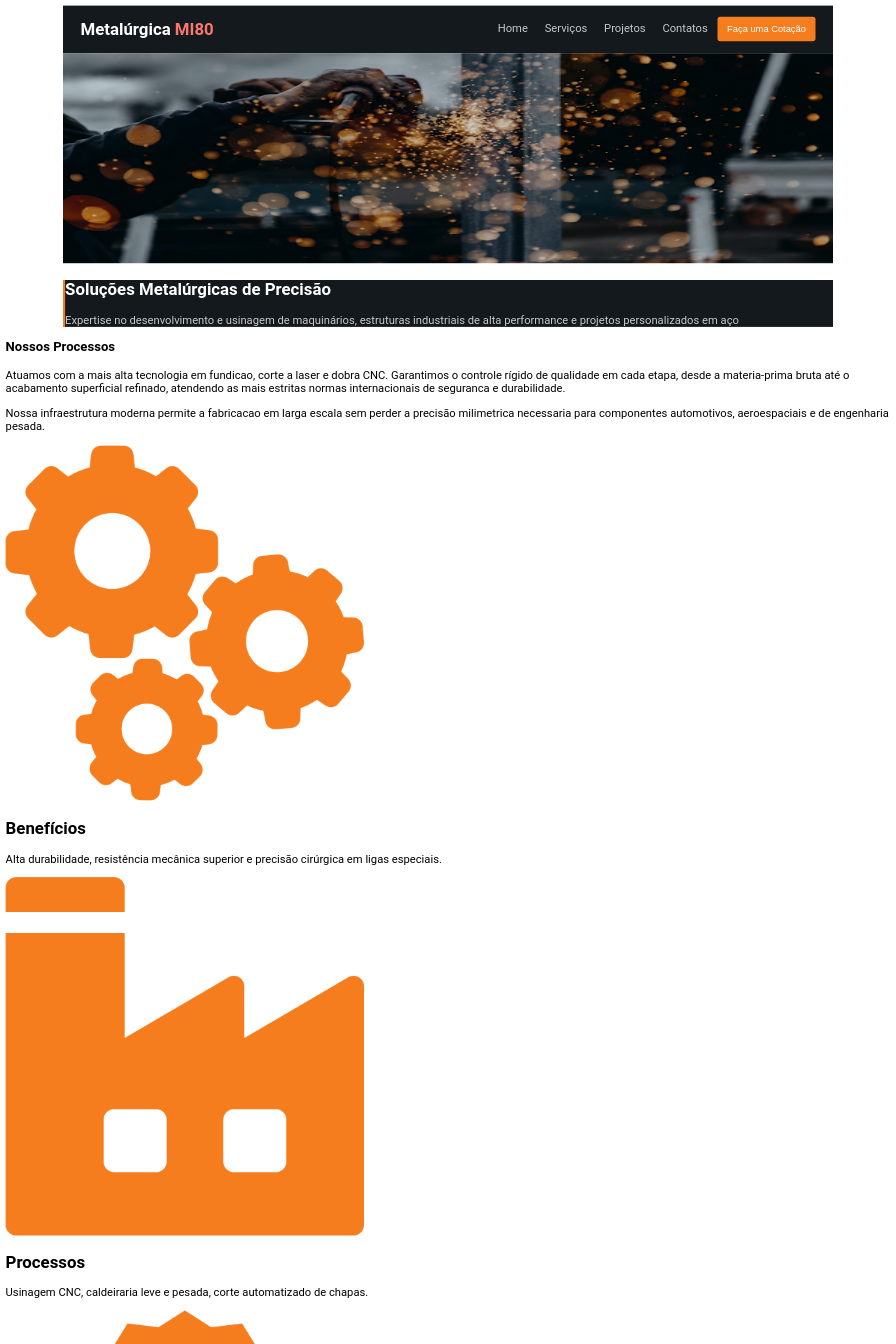
Repository: guiCherpinski/landing-page-metalurgica
Page: index.html
An editor plug-in stored every save of this project. The page is shown before and after a run of saves, followed by the edit.
The browser window is 1280 px wide. The pictures show the part of the page from y = 0 to 1920 px (the page is 5841 px tall), at 70% of full size.

Above is the page before, as saved 2026-06-03 19:58:41.

### index.html
<!DOCTYPE html>
<html lang="pt-br">
<head>
    <meta charset="UTF-8">
    <meta name="viewport" content="width=device-width, initial-scale=1.0">
    <title>Metalúrgica</title>
    <link rel="stylesheet" href="style.css">
</head>
<body>
    <header>
        <nav>
            <h1>Metalúrgica <span>MI80</span></h1>

            <div class = "buttons">
                <a href="/">Home</a>
                <a href="/">Serviços</a>
                <a href="/">Projetos</a>
                <a href="/">Contatos</a>
                <button>Faça uma Cotação</button>
            </div>
        </nav>
    </header>

    <main>
        <section class = "hero-section">
            <img src="./img/homem-serrando.png" alt="Foto de um Soldador">
            <div class = "text-hero">
                <h2>Soluções Metalúrgicas de Precisão</h2>
                <p>Expertise no desenvolvimento e usinagem de maquinários, estruturas industriais de alta performance e projetos personalizados em aço</p>
            </div>
        </section>
    </main>

    <section class = "our-process">

        <h3>Nossos Processos</h3>

        <p>Atuamos com a mais alta tecnologia em fundicao, corte a laser e dobra CNC. Garantimos o
            controle rígido de qualidade em cada etapa, desde a materia-prima bruta até o acabamento
            superficial refinado, atendendo as mais estritas normas internacionais de seguranca e
            durabilidade.
        </p>

        <p>Nossa infraestrutura moderna permite a fabricacao em larga escala sem perder a precisão
            milimetrica necessaria para componentes automotivos, aeroespaciais e de engenharia
            pesada.
        </p>


        <article class = "article-benefits">
            <img src="./img/settings-gears.png" alt="Icone de engrenagens">
            <h2>Benefícios</h2>
            <p>Alta durabilidade, resistência mecânica superior e precisão cirúrgica em ligas especiais.</p>
        </article>

        <article class = "article-process">
            <img src="./img/industry.png" alt="Icone de industria">
            <h2>Processos</h2>
            <p>Usinagem CNC, caldeiraria leve e pesada, corte automatizado de chapas.</p>
        </article>

        <article class = "article-certificates">
            <img src="./img/medal.png" alt="Icone de medalha">
            <h2>Certificações</h2>
            <p>Processos totalmente homologados e auditados sob os padrões da ISO 9001.</p>
        </article>
    </section>

    <section class = "last-projects">
        <h2>Ultimos Projetos</h2>
        <p>✔ Estruturas para Linhas de Montagem </p>
        <p>✔ Peças Sob Medida para Hidrelétricas</p>
        <p>✔ Tubulações de Alta Pressão em Inox</p>
    </section>

    <section class = "certificates">
        <h2>Certificações</h2>
        <p>ISO 9001</p>
        <p>ISO 14001</p>
        <p>OHSAS</p>
        <p>CQI-9</p>
    </section>


    <footer class = "rodape">
        <section>
            <h2>Contact Info</h2>

            <article>
                <img src="./img/placeholder.png" alt="Icone pin">
                <p>Setor Industrial, Galpão 04</p>
            </article>

            <article>
                <img src="./img/phone-call.png" alt="Icone de telefone">
                <p>(31) 6553-3352</p>
            </article>

            <article>
                <img src="./img/email.png" alt="Icone email">
                <p>contato@metalurgica-exemplo.com</p>
            </article>
        </section>

        <section>
            <h2>Quick Links</h2>
            <p>Política de Privacidade</p>
            <p>Trabalhe Conosco</p>
            <p>Portal do Cliente</p>
        </section>

        <section>
            <h2>Social Media</h2>
            <img src="./img/linkedin.png" alt="Icone linkedin">
            <img src="./img/instagram.png" alt="Icone instagram">
            <img src="./img/facebook.png" alt="Icone facebook">
            <img src="./img/youtube.png" alt="Icone youtube">
        </section>
    </footer>


</body>
</html>

### style.css
body{
    font-family: 'Roboto' , sans-serif;
    justify-items: center;
}

header{
    background: #14191E;
    width: 1100px;
}

header h1{
    color: white;
}

header h1 span {
    color: #FA776E;
}

header nav {
    display: flex;
    align-items: center;
    justify-content: space-between;
    margin-left: 25px;
    margin-right: 25px;
}

header nav a {
    margin-left: 10px;
    margin-right: 10px;
    text-decoration: none;
    color: #C8C8C8;
}


header button {
    width:140px;
    height: 35px;
    background: #F57D1E;
    border: none;
    border-radius: 4px;
    color: white;
}

header button:hover{
    cursor: pointer;
    background:#CC5500;
}

.hero-section img{
    width: 1100px;
    height: 300px;
}

.text-hero{
    background: #14191E;
    border-left: 3px solid #F57D1E;
}

.text-hero h2{
    color: white;
}

.text-hero p{
    color: #c8c8c8;
}

After the next 2 saves:
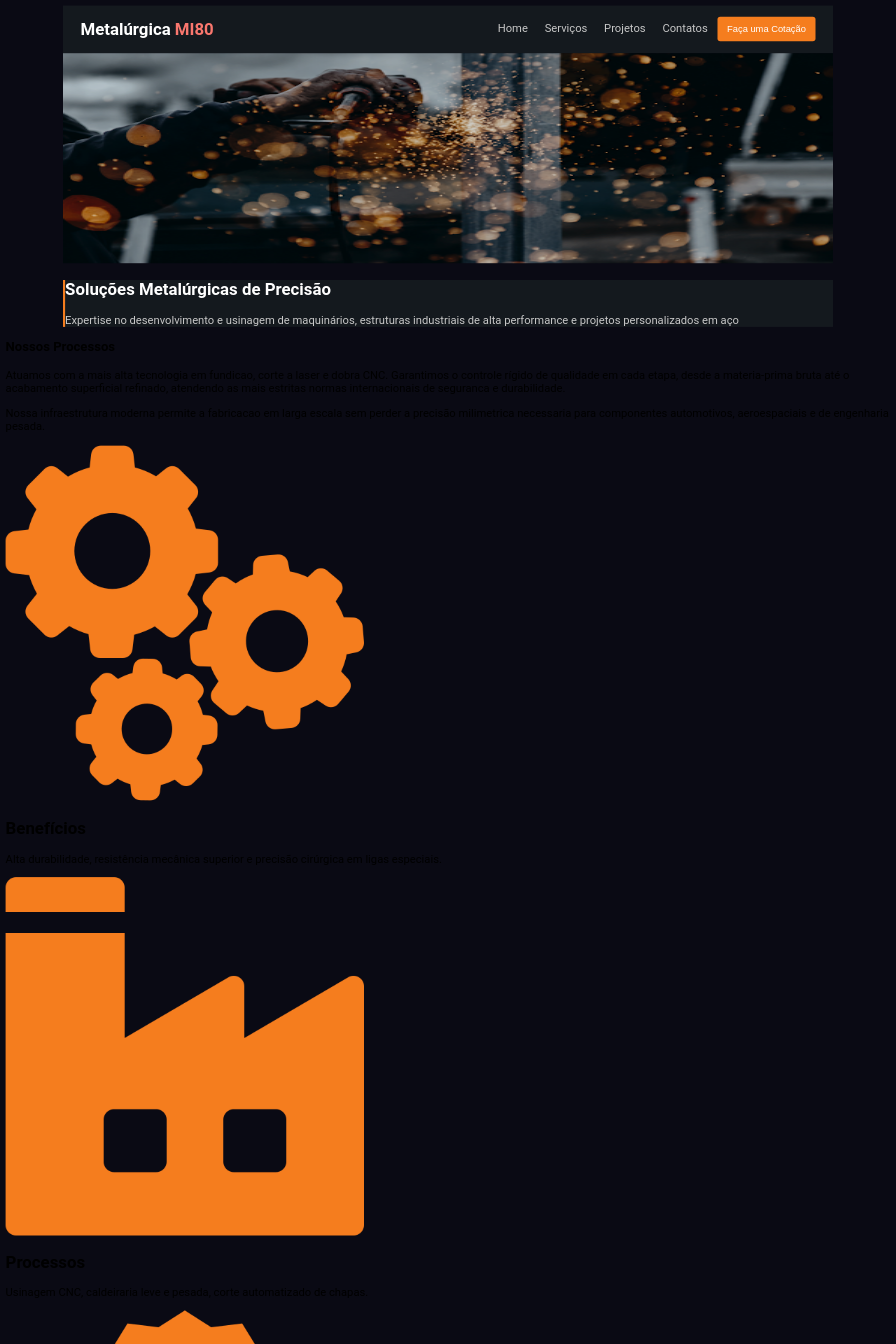
The 2 saves are shown as one change because they came seconds apart.
The last was saved 98 s later.
--- a/style.css
+++ b/style.css
@@ -1,6 +1,7 @@
 body{
     font-family: 'Roboto' , sans-serif;
     justify-items: center;
+    background: #0A0A14;
 }
 
 header{

After the 2 saves that followed:
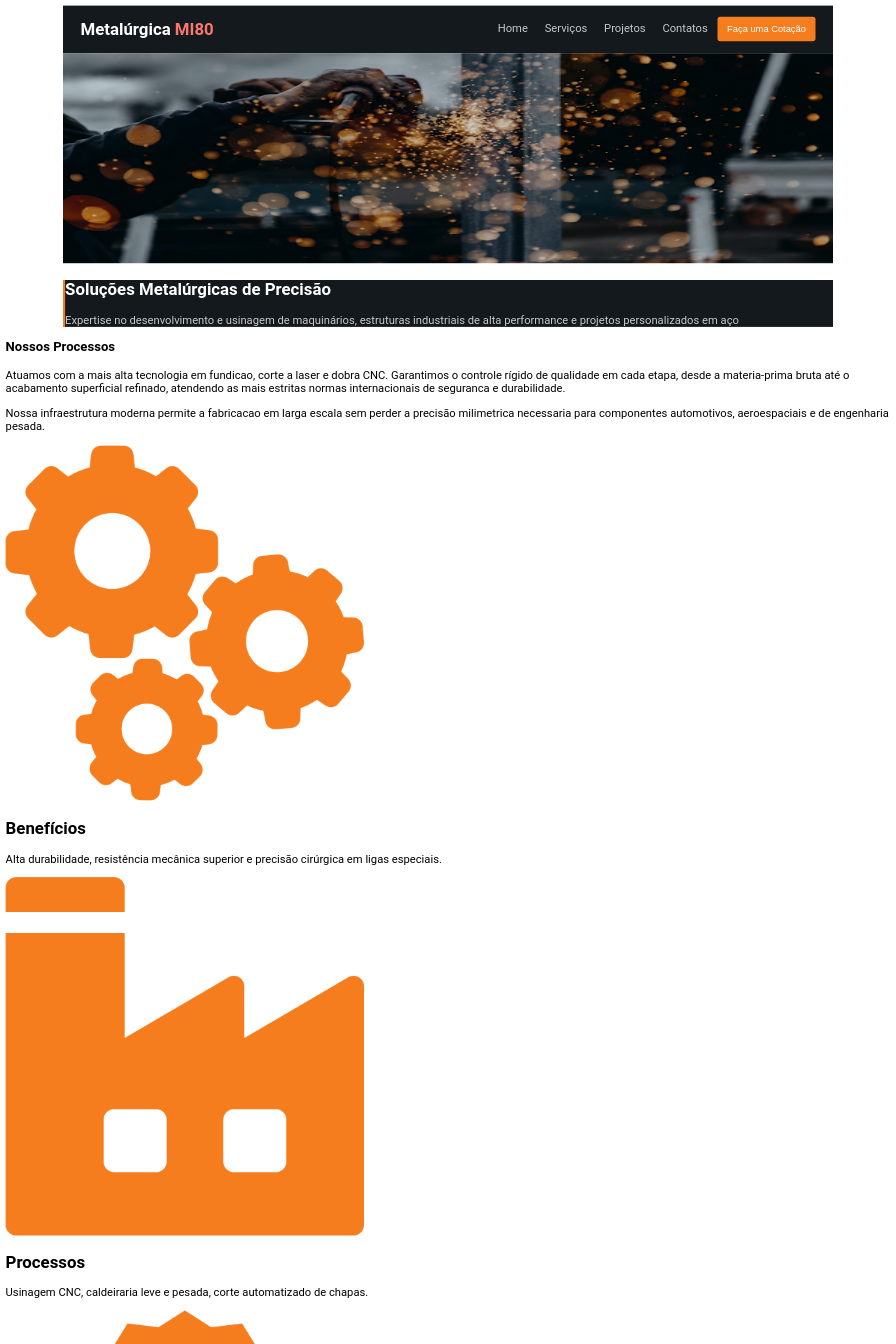
The 2 saves are shown as one change because they came seconds apart.
The last was saved 12 s later.
--- a/style.css
+++ b/style.css
@@ -1,7 +1,7 @@
 body{
     font-family: 'Roboto' , sans-serif;
     justify-items: center;
-    background: #0A0A14;
+    /*background: #0A0A14;*/
 }
 
 header{
